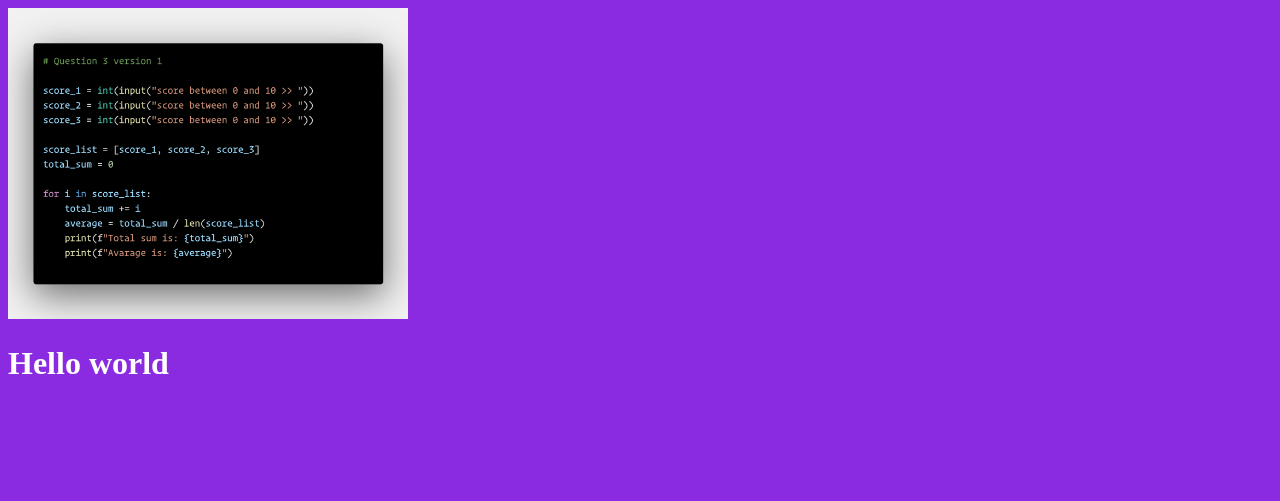
Repository: Samkiroko/test_website
Page: index.html
These files come from the project's save history. The page is drawn as it stood at one moment and after the next save; the edit follows.
The browser window is 1280 px wide. The pictures show the whole page.

Above is the page before, as saved 2022-10-21 14:03:22.

After the next save:
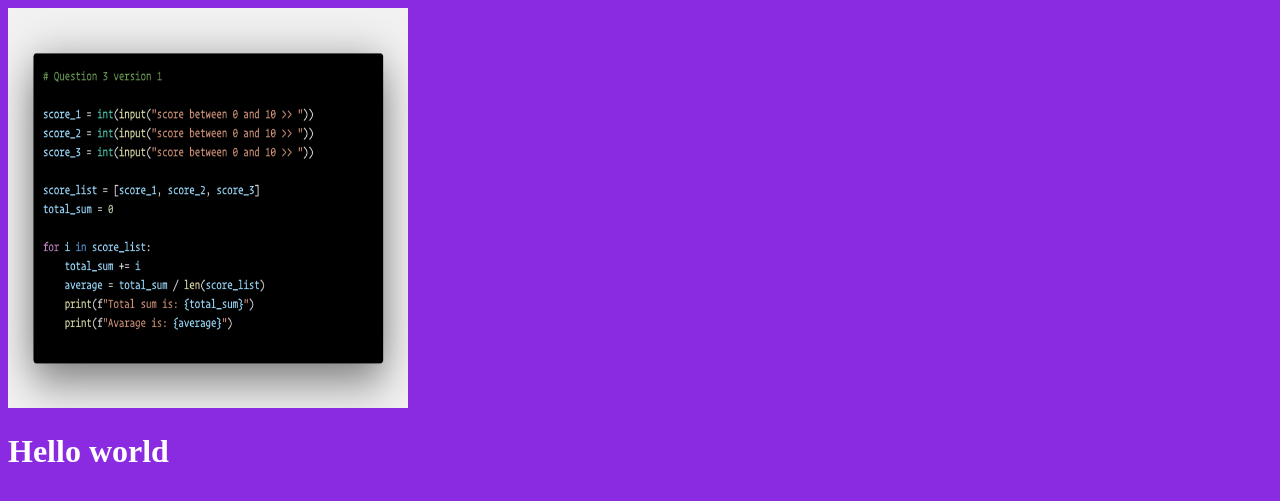
Saved 36 s later.
--- a/style.css
+++ b/style.css
@@ -8,5 +8,5 @@
 
 img {
     width: 400px;
-    height: 400;
+    height: 400px;
 }
